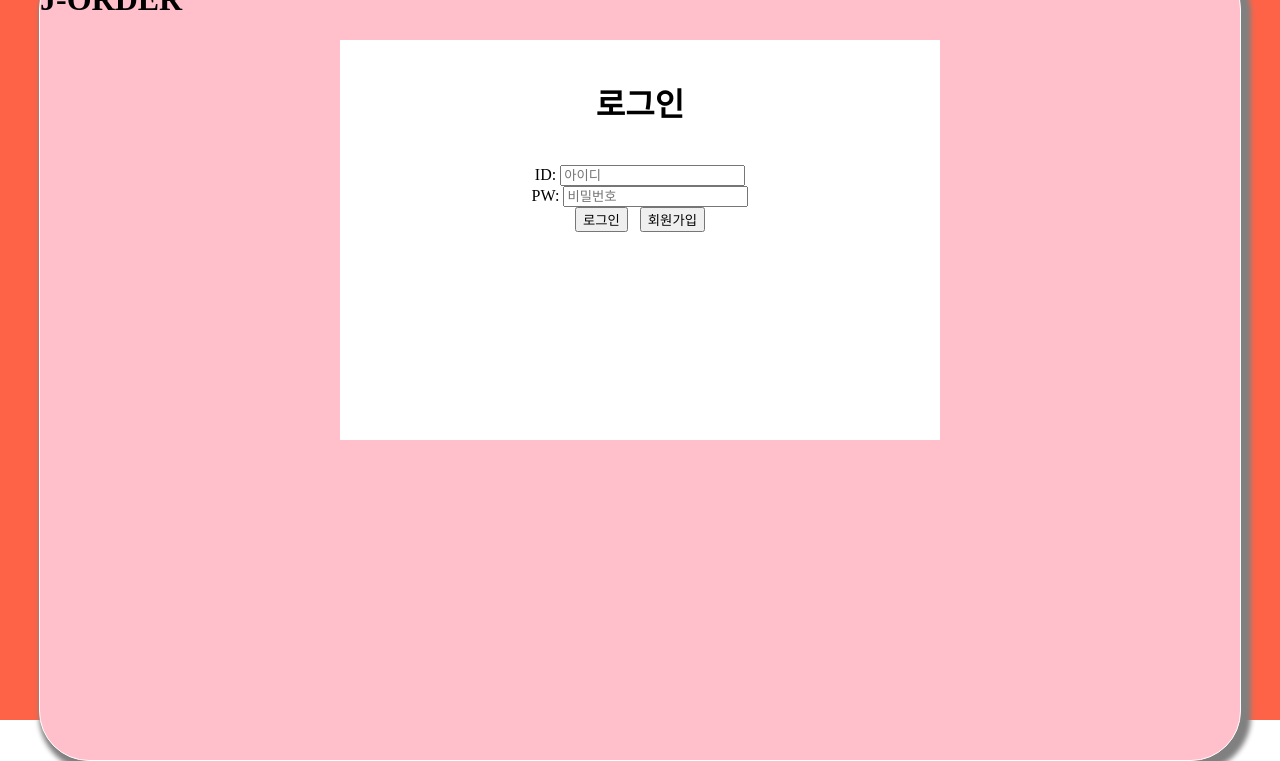
Repository: Devhyeongseon/Academy_Jsp
Page: http://localhost/MyBasic/
These files come from the project's save history. The page is drawn as it stood at one moment and after the next save; the edit follows.
The browser window is 1280 px wide. The pictures show the whole page.
The page is served by Tomcat 9.

Above is the page before, as saved 2024-01-10 08:44:48.

After the next save:
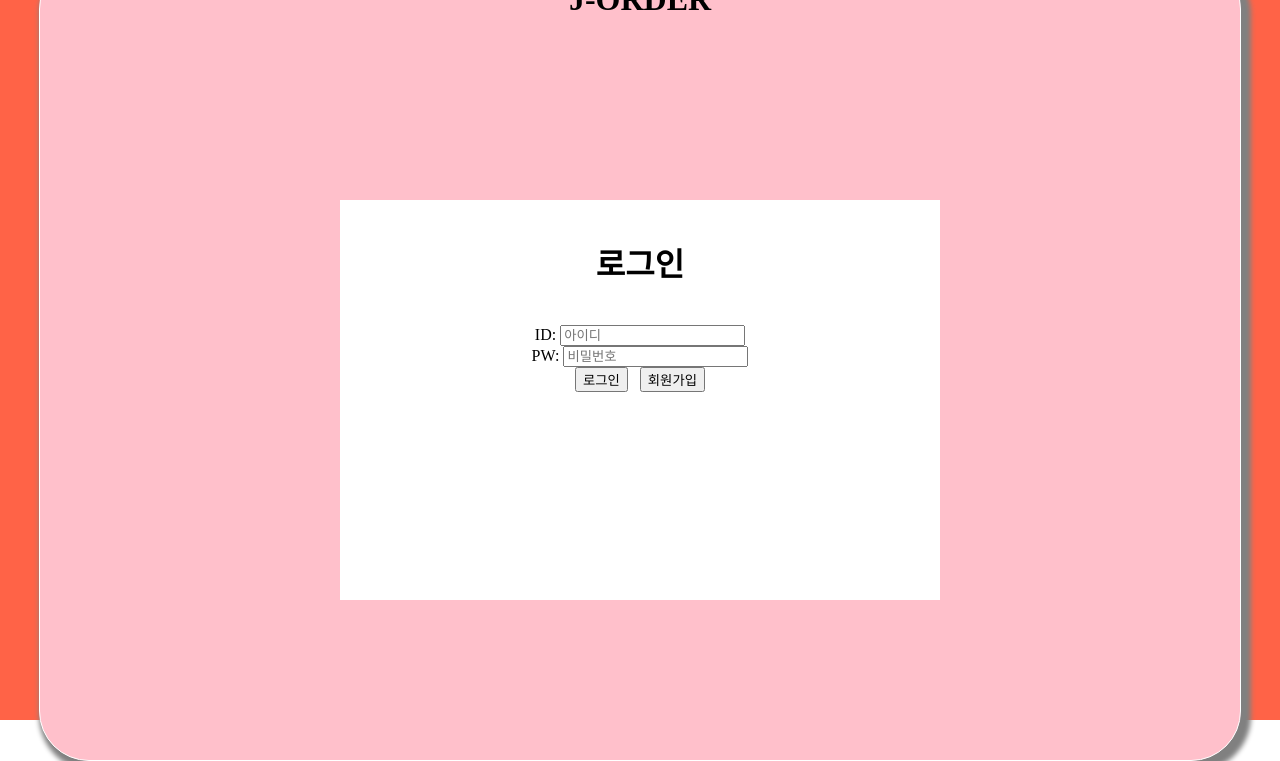
Saved 71 s later.
--- a/MyBasic/src/main/webapp/index.jsp
+++ b/MyBasic/src/main/webapp/index.jsp
@@ -30,6 +30,8 @@ html, body {
 	/* padding: 10px 30px; */ /* 더커짐 */
 	box-shadow: 5px 5px 5px 5px gray;
 
+	display: flex;
+	flex-direction: column;
 	justify-content: center;
 	align-items: center;
 
